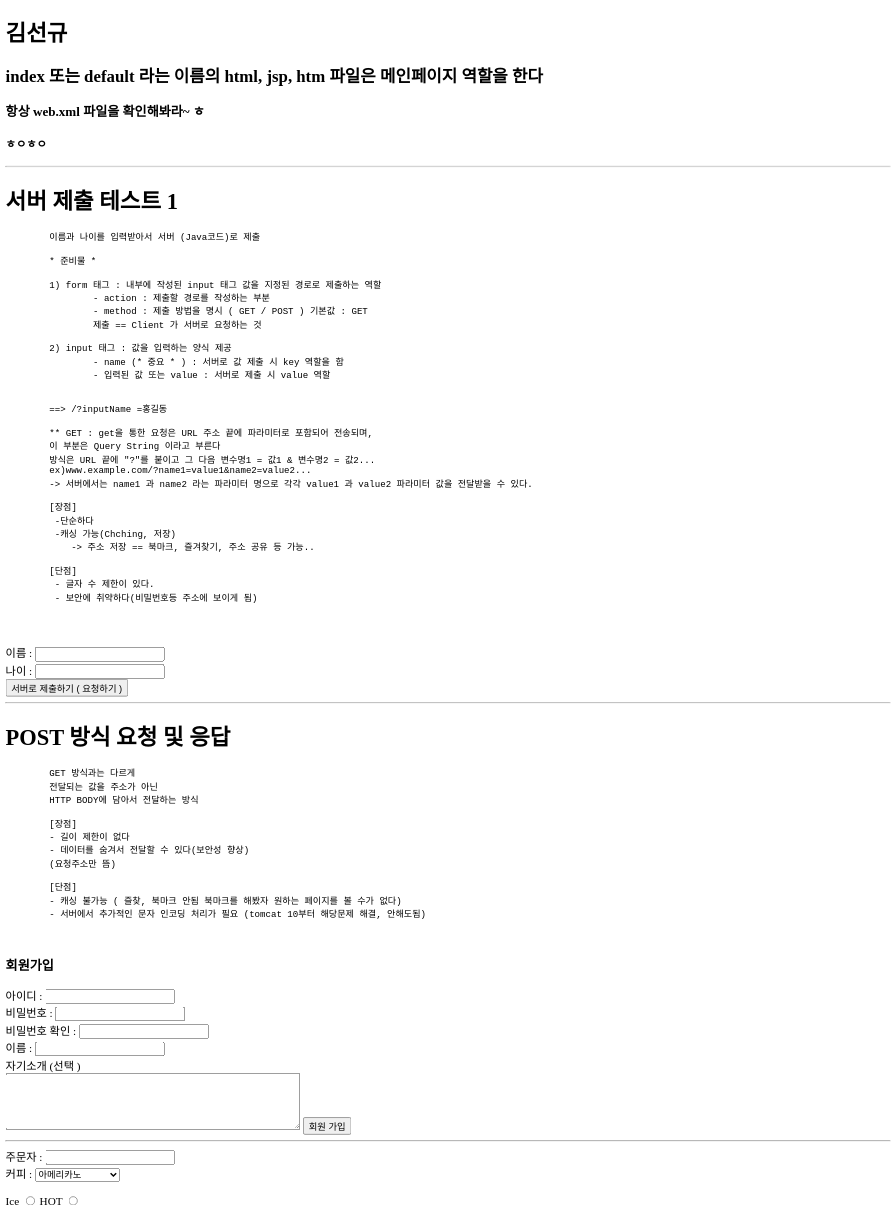
Repository: SeonKyuKimm/05_Server
Page: ServletProject/src/main/webapp/index.html
An editor plug-in stored every save of this project. The page is shown before and after the next save, followed by the edit.
The browser window is 1280 px wide. The pictures show the whole page, at 70% of full size.

Above is the page before, as saved 2024-03-21 07:06:53.

### ServletProject/src/main/webapp/index.html
<!DOCTYPE html>
<html lang="en">
<head>
    <meta charset="UTF-8">
    <meta name="viewport" content="width=device-width, initial-scale=1.0">
    <title>Servlet 프로젝트</title>
</head>

<body>
    <h1>김선규</h1>
    <h2>index 또는 default 라는 이름의 html, jsp, htm 파일은 메인페이지 역할을 한다</h2>
    <h3>항상 web.xml 파일을 확인해봐라~ ㅎ</h3>
    <h4>ㅎㅇㅎㅇ</h4>

    <hr>

    <h1>서버 제출 테스트 1</h1>
    <pre>
    	이름과 나이를 입력받아서 서버 (Java코드)로 제출

    	* 준비물 *

    	1) form 태그 : 내부에 작성된 input 태그 값을 지정된 경로로 제출하는 역할
    		- action : 제출할 경로를 작성하는 부분
    		- method : 제출 방법을 명시 ( GET / POST ) 기본값 : GET
    		제출 == Client 가 서버로 요청하는 것

    	2) input 태그 : 값을 입력하는 양식 제공
    		- name (* 중요 * ) : 서버로 값 제출 시 key 역할을 함
    		- 입력된 값 또는 value : 서버로 제출 시 value 역할

    	<!-- < input name="inputName" value="홍길동"/>-->
       	==> /?inputName =홍길동

    	** GET : get을 통한 요청은 URL 주소 끝에 파라미터로 포함되어 전송되며,
    	이 부분은 Query String 이라고 부른다
    	방식은 URL 끝에 "?"를 붙이고 그 다음 변수명1 = 값1 & 변수명2 = 값2...
    	ex)www.example.com/?name1=value1&name2=value2...
    	-> 서버에서는 name1 과 name2 라는 파라미터 명으로 각각 value1 과 value2 파라미터 값을 전달받을 수 있다.

        [장점]
         -단순하다
         -캐싱 가능(Chching, 저장)
            -> 주소 저장 == 북마크, 즐겨찾기, 주소 공유 등 가능..

        [단점]
         - 글자 수 제한이 있다.
         - 보안에 취약하다(비밀번호등 주소에 보이게 됨)


    </pre>

    <form action="/example1" method="get">

        이름 : <input name="inputName">
        <br>
        나이 : <input type="number" name="inputAge">
        <br>
        <button type="submit">서버로 제출하기 ( 요청하기 ) </button>

    </form>

    <hr>

    <h1>POST 방식 요청 및 응답</h1>
    <pre>
        GET 방식과는 다르게
        전달되는 값을 주소가 아닌
        HTTP BODY에 담아서 전달하는 방식

        [장점]
        - 길이 제한이 없다
        - 데이터를 숨겨서 전달할 수 있다(보안성 향상)
        (요청주소만 뜸)

        [단점]
        - 캐싱 불가능 ( 즐찾, 북마크 안됨 북마크를 해봤자 원하는 페이지를 볼 수가 없다)
        - 서버에서 추가적인 문자 인코딩 처리가 필요 (tomcat 10부터 해당문제 해결, 안해도됨)

    </pre>

    <h3>회원가입</h3>

    <form action="/signUp" method="post">

        아이디 : <input type="text" name="inputId" required> <br>
        비밀번호 : <input type="password" name="inputPw" required><br>
        비밀번호 확인 : <input type="password" required> <br>
        이름 : <input name="inputName" required> <br>

        자기소개 (선택 )<br>
        <textarea name="intro" cols="50" rows="5"></textarea>

        <button type="submit">회원 가입</button>
    </form>

    <hr>

    <form action="/coffee" method="get">
    	주문자 : <input name="orderer">
    	<br>

    	커피 : <select name ="coffee">
    				<option>아메리카노</option>
    				<option>카페라떼</option>
    				<option>콜드브루</option>
    				<option>민트초코칩프라페</option>
    				<option>카푸치노</option>
    		   </select>
    	<br><br>
    	Ice <input type="radio" name ="type" value="ice">
    	HOT <input type="radio" name ="type" value="hot">
    </form>
</body>

</html>

After the next save:
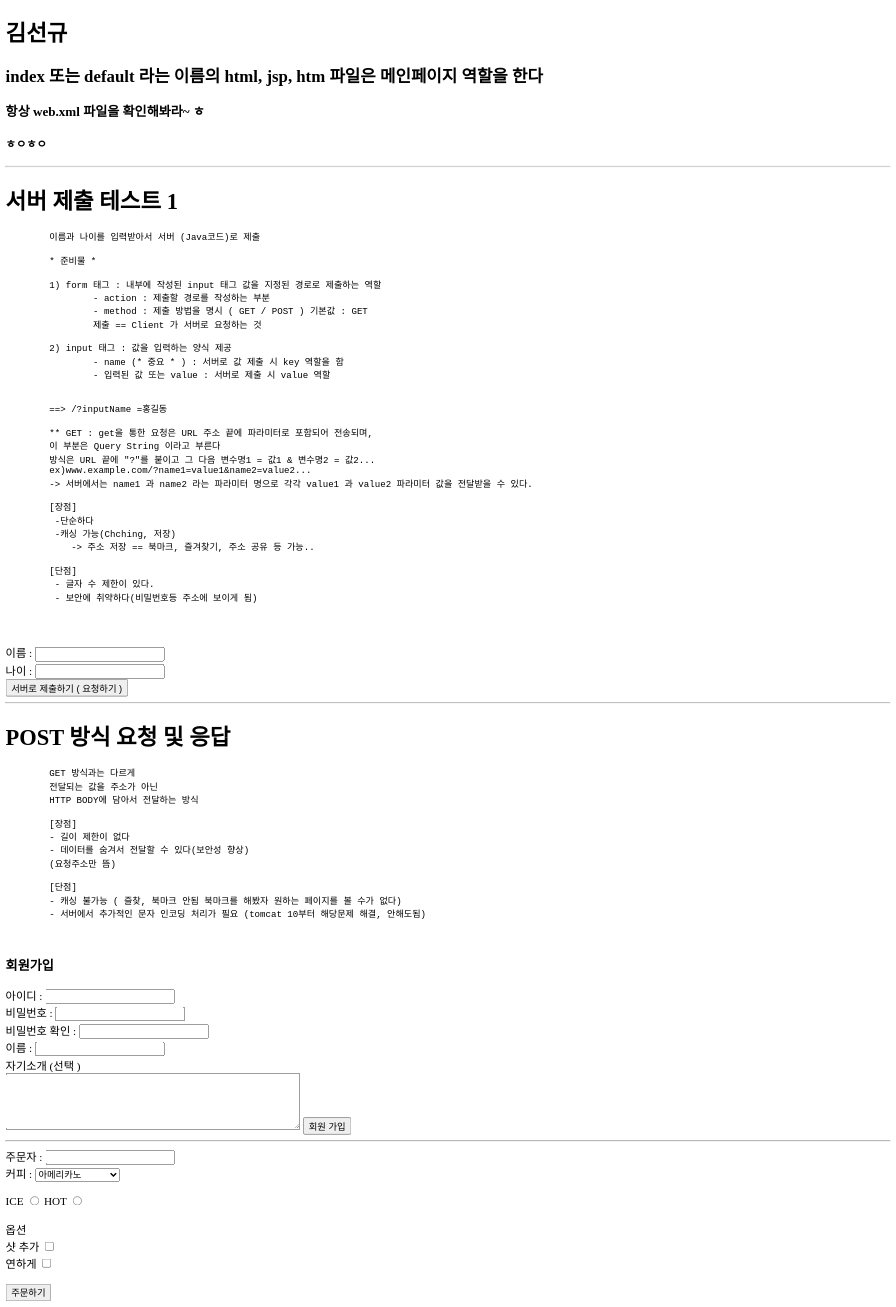
Saved 2 min 56 s later.
--- a/ServletProject/src/main/webapp/index.html
+++ b/ServletProject/src/main/webapp/index.html
@@ -108,8 +108,19 @@
     				<option>카푸치노</option>
     		   </select>
     	<br><br>
-    	Ice <input type="radio" name ="type" value="ice">
+
+    	ICE <input type="radio" name ="type" value="ice">
     	HOT <input type="radio" name ="type" value="hot">
+
+    	<br><br>
+
+    	옵션<br>
+    	샷 추가 <input type="checkbox" name="opt" value="shot">
+    	<br>
+    	연하게 <input type="checkbox" name="opt" value="mild">
+
+    	<br><br>
+    	<button type="submit">주문하기</button>
     </form>
 </body>
 
